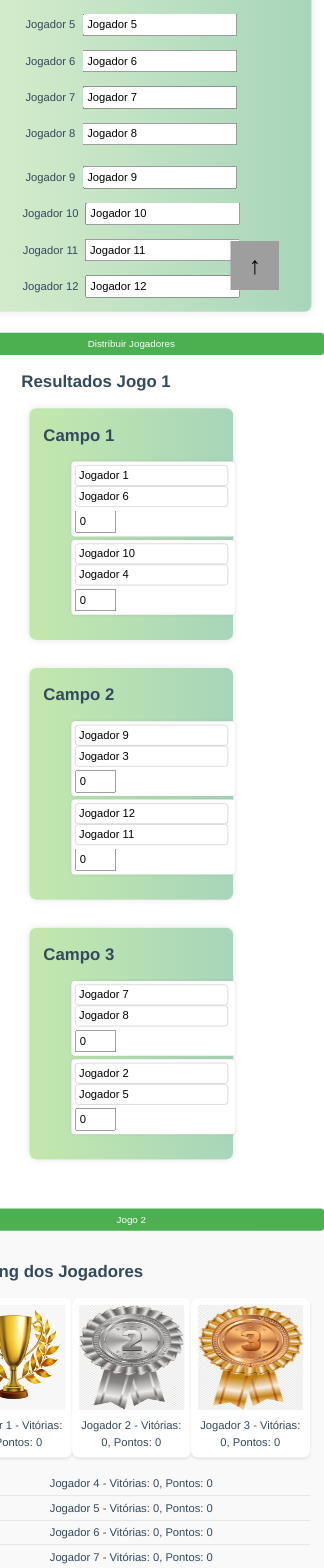
Repository: MarcioMiguel22/PadelMaster
Page: /calculadora, after clicking the first element matching `button.distribute-button`
An editor plug-in stored every save of this project. The page is shown before and after the next save, followed by the edit.
The browser window is 375 px wide. The page is 463 px wide, so the pictures cover 463 px, including what lies to the right of the window. The pictures show the part of the page from y = 365 to 2605 px (the page is 2819 px tall), at 70% of full size.
Pictures or frames that could not be fetched are drawn as grey boxes. The project was rebuilt for these pictures with package versions that can differ from the ones it lists, and the page was loaded fresh each time. Also part of the build but not shown: vite.config.ts, src/pages/Home/Home.tsx, src/pages/Player/playerComponent.tsx, src/index.css.

Above is the page before, as saved 2024-06-16 09:19:19.

After the next save:
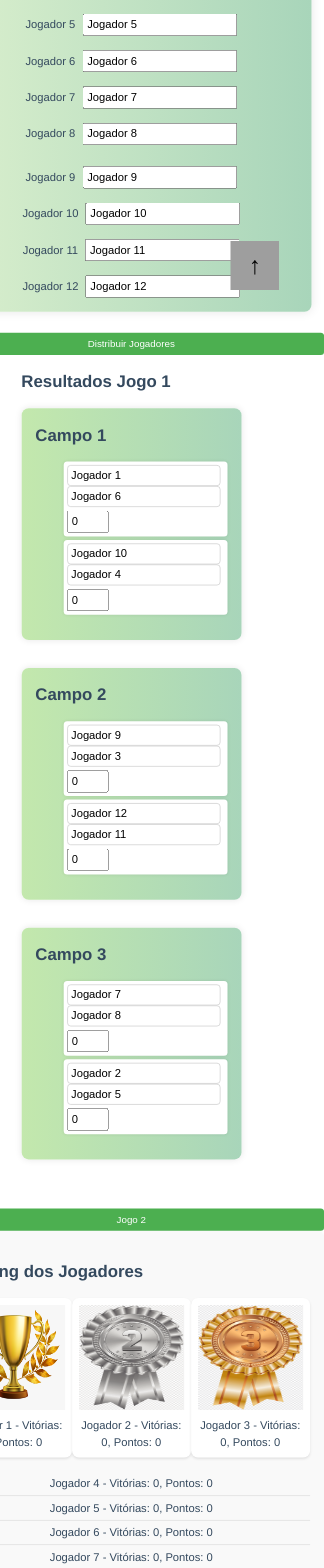
Saved 13 s later.
--- a/src/pages/Calculadora/Calculadora.css
+++ b/src/pages/Calculadora/Calculadora.css
@@ -82,6 +82,9 @@
 .campos {
   display: flex;
   justify-content: space-around;
+  gap: 20px; /* Adicionado para garantir espaçamento adequado entre .field */
+  width: 100%;
+  flex-wrap: wrap; /* Adicionado para garantir que os itens se ajustem em várias linhas, se necessário */
 }
 
 .field {
@@ -90,6 +93,8 @@
   border-radius: 10px;
   box-shadow: 0 0 10px rgba(0, 0, 0, 0.1);
   width: 30%;
+  min-width: 300px; /* Adicionado para garantir um tamanho mínimo adequado */
+  box-sizing: border-box;
 }
 
 .field h2 {
@@ -103,7 +108,7 @@
   margin: 5px 0;
   border-radius: 5px;
   box-shadow: 0 0 5px rgba(0, 0, 0, 0.1);
-  width: fit-content; /* Ajuste o valor conforme necessário */
+  width: fit-content;
 }
 
 .team.vencedor {
@@ -143,8 +148,8 @@
   margin: 5px 0;
 }
 
-
-@media screen and (max-width: 767px) {
+/* Media Queries para Tamanhos Menores */
+@media screen and (max-width: 991px) {
   .jogadores-lista {
     flex-direction: column;
     align-items: center;
@@ -178,6 +183,7 @@
     margin-left: 0;
     margin-top: 5px;
   }
+
   .ranking-container {
     flex-flow: column;
     margin-top: 40px;
@@ -196,110 +202,23 @@
     margin: 5px 0;
   }
 }
-/* Media Queries para Mobile */
+
 @media screen and (max-width: 767px) {
-  .jogadores-lista {
-    flex-direction: column;
-    align-items: center;
-    gap: 20px;
-    padding: 10px;
-  }
-
   .field {
-    width: 80%;
-    margin-bottom: 20px;
-  }
-
-  .campos {
-    flex-direction: column;
-    align-items: center;
-    gap: 20px;
-  }
-
-  .distribute-button, .scroll-to-top {
+    width: 90%;
+  }
+
+  .ranking-container {
+    width: 90%;
+  }
+}
+
+@media screen and (max-width: 479px) {
+  .field {
     width: 100%;
-    font-size: 14px;
-    padding: 8px 16px;
-  }
-
-  .team div {
-    flex-direction: column;
-    align-items: flex-start;
-  }
-
-  .team input.resultado-input {
-    margin-left: 0;
-    margin-top: 5px;
-  }
+  }
+
   .ranking-container {
-    flex-flow: column;
-    margin-top: 40px;
-  }
-
-  .ranking-container h2 {
-    margin-bottom: 10px;
-  }
-
-  .ranking-container ul {
-    list-style-type: none;
-    padding: 0;
-  }
-
-  .ranking-container li {
-    margin: 5px 0;
-  }
-}
-
-/* Media Queries para Mobile */
-@media screen and (max-width: 479px) {
-  .jogadores-lista {
-    flex-direction: column;
-    align-items: center;
-    gap: 20px;
-    padding: 10px;
-  }
-
-  .field {
-    width: 80%;
-    margin-bottom: 20px;
-  }
-
-  .campos {
-    flex-direction: column;
-    align-items: center;
-    gap: 20px;
-  }
-
-  .distribute-button, .scroll-to-top {
     width: 100%;
-    font-size: 14px;
-    padding: 8px 16px;
-  }
-
-  .team div {
-    flex-direction: column;
-    align-items: flex-start;
-  }
-
-  .team input.resultado-input {
-    margin-left: 0;
-    margin-top: 5px;
-  }
-  .ranking-container {
-    flex-flow: column;
-    margin-top: 40px;
-  }
-
-  .ranking-container h2 {
-    margin-bottom: 10px;
-  }
-
-  .ranking-container ul {
-    list-style-type: none;
-    padding: 0;
-  }
-
-  .ranking-container li {
-    margin: 5px 0;
-  }
-}
+  }
+}
